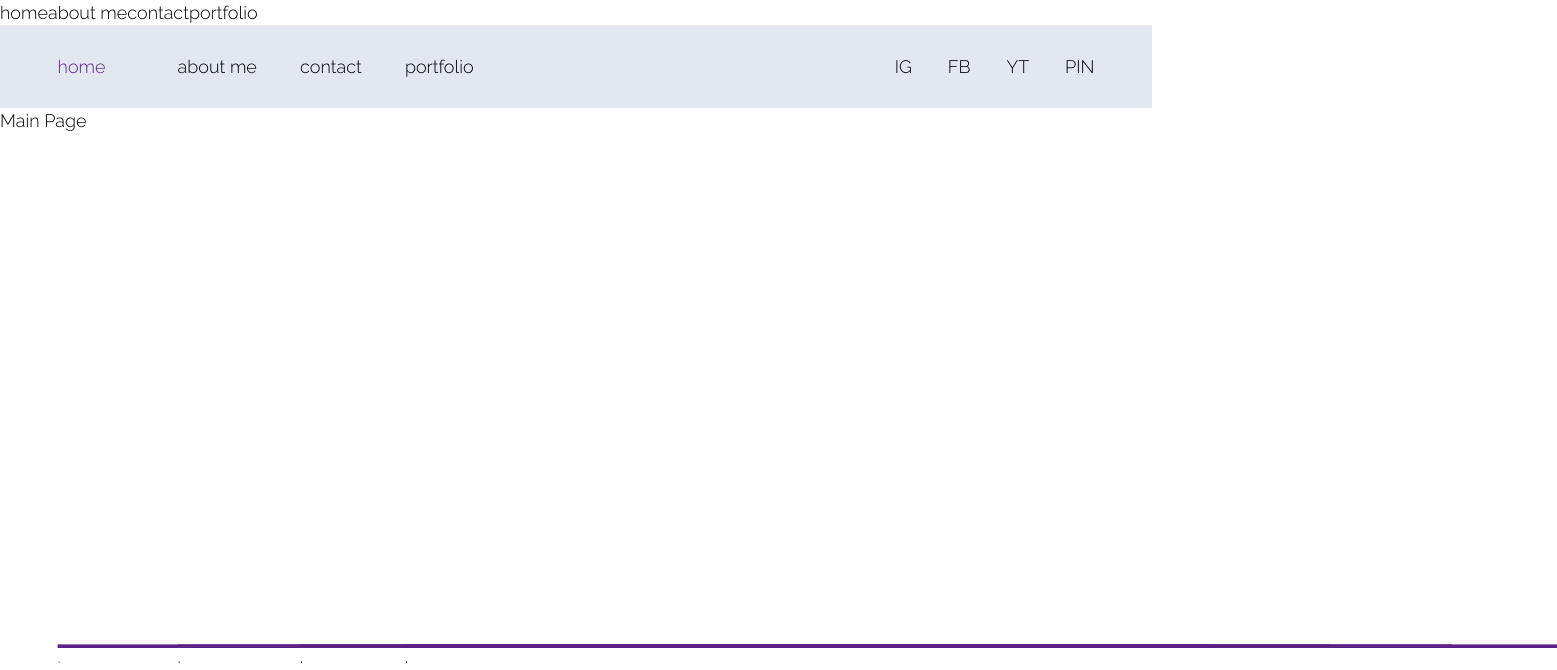
Repository: hubertrh/klaudia-personal-next
Page: /
The author's editor kept a copy of each file at every save. The page is drawn from the files as they stood at one save, then again after the next save.
The browser window is 1280 px wide. The page is 1730 px wide, then 1280 px, so the pictures cover 1730 px, including what lies to the right of the window. The pictures show the whole page, at 90% of full size.
The project was rebuilt for these pictures with package versions that can differ from the ones it lists, and the page was loaded fresh each time. The framework's server and built-in components were replaced by stand-ins that run in the browser. Also part of the build but not shown: next.config.js.

Above is the page before, as saved 2023-08-11 14:48:59.

After the next save:
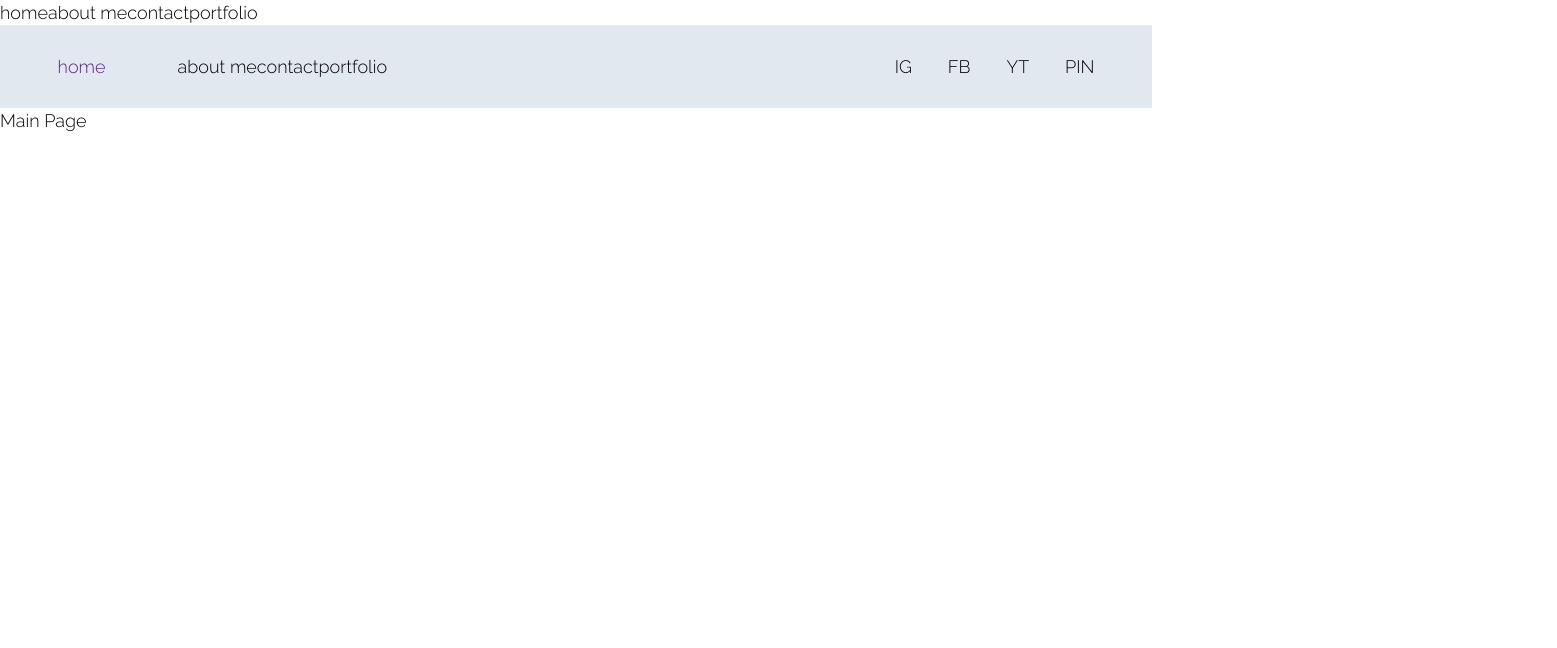
Saved 9 min 39 s later.
--- a/app/globals.css
+++ b/app/globals.css
@@ -12,7 +12,7 @@ body {
   background: rgb(var(--background-end-rgb));
 }
 
-.nav-link {
+.nav > * {
   @apply pr-12 transition-all duration-300 before:absolute before:bottom-0 before:h-1 before:w-full before:bg-primary before:content-['.'] hover:text-primary;
 }
 
